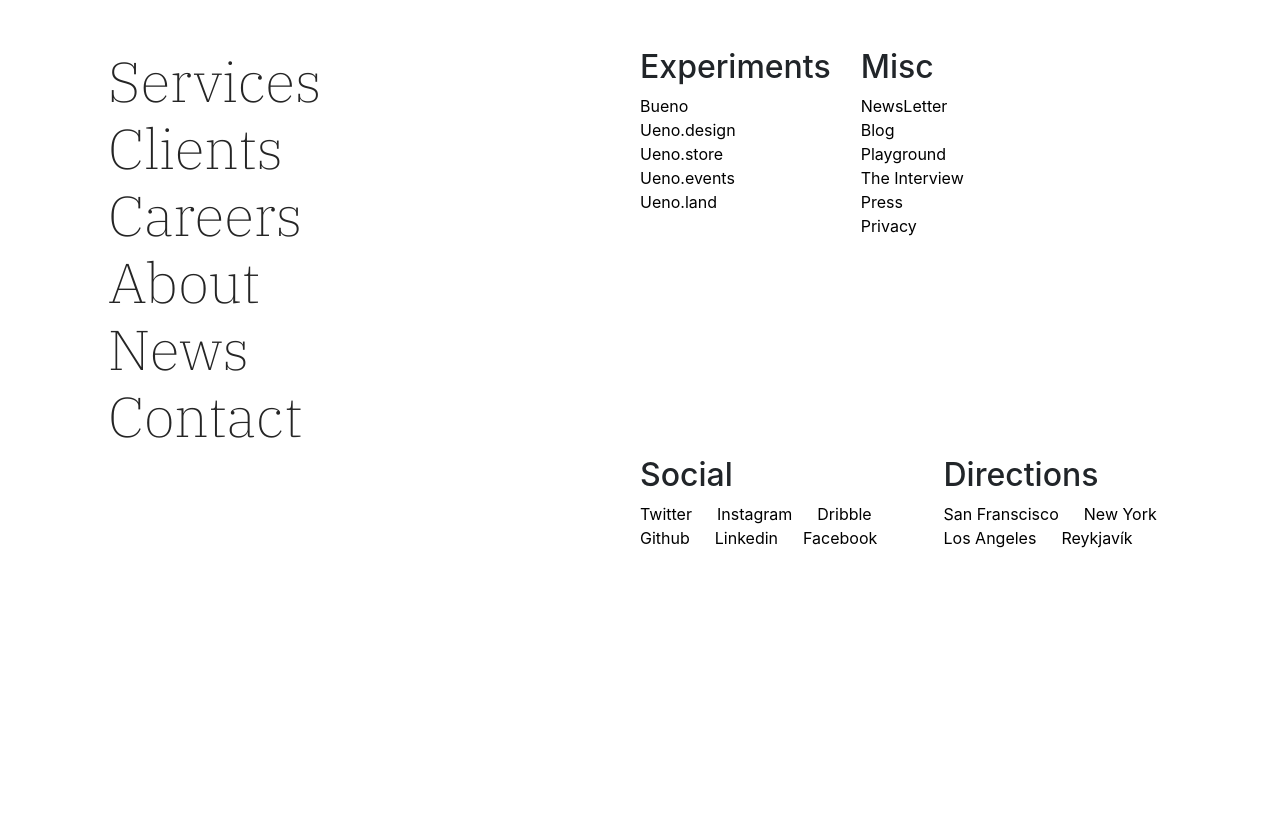
Repository: DeepaPrasanna/UenoClone
Page: /
The author's editor kept a copy of each file at every save. The page is drawn from the files as they stood at one save, then again after the next save.
The browser window is 1280 px wide. The pictures show the whole page.
The project was rebuilt for these pictures with package versions that can differ from the ones it lists, and the page was loaded fresh each time. Also part of the build but not shown: src/components/Layout/Header.js.

Above is the page before, as saved 2021-05-04 17:08:28.

### public/index.html
<!DOCTYPE html>
<html lang="en">
  <head>
    <meta charset="utf-8" />
    <link rel="icon" href="%PUBLIC_URL%/favicon.ico" />
    <meta name="viewport" content="width=device-width, initial-scale=1" />
    <meta name="theme-color" content="#000000" />
    <meta name="description" content="Web site created using create-react-app" />
    <link rel="apple-touch-icon" href="%PUBLIC_URL%/logo192.png" />
    <!--
      manifest.json provides metadata used when your web app is installed on a
      user's mobile device or desktop. See https://developers.google.com/web/fundamentals/web-app-manifest/
    -->
    <link rel="manifest" href="%PUBLIC_URL%/manifest.json" />
    <!-- Bootstrap -->
    <link
      rel="stylesheet"
      href="https://cdn.jsdelivr.net/npm/bootstrap@4.6.0/dist/css/bootstrap.min.css"
      integrity="sha384-B0vP5xmATw1+K9KRQjQERJvTumQW0nPEzvF6L/Z6nronJ3oUOFUFpCjEUQouq2+l"
      crossorigin="anonymous"
    />
    <!-- font awesome -->
    <link
      rel="stylesheet"
      href="https://cdnjs.cloudflare.com/ajax/libs/font-awesome/5.15.3/css/all.min.css"
      integrity="sha512-iBBXm8fW90+nuLcSKlbmrPcLa0OT92xO1BIsZ+ywDWZCvqsWgccV3gFoRBv0z+8dLJgyAHIhR35VZc2oM/gI1w=="
      crossorigin="anonymous"
    />
    <!--
      Notice the use of %PUBLIC_URL% in the tags above.
      It will be replaced with the URL of the `public` folder during the build.
      Only files inside the `public` folder can be referenced from the HTML.

      Unlike "/favicon.ico" or "favicon.ico", "%PUBLIC_URL%/favicon.ico" will
      work correctly both with client-side routing and a non-root public URL.
      Learn how to configure a non-root public URL by running `npm run build`.
    -->
    <title>React App</title>
  </head>
  <body>
    <noscript>You need to enable JavaScript to run this app.</noscript>
    <div id="root"></div>
    <!--
      This HTML file is a template.
      If you open it directly in the browser, you will see an empty page.

      You can add webfonts, meta tags, or analytics to this file.
      The build step will place the bundled scripts into the <body> tag.

      To begin the development, run `npm start` or `yarn start`.
      To create a production bundle, use `npm run build` or `yarn build`.
    -->
  </body>
</html>

### src/index.js
import React from "react";
import ReactDOM from "react-dom";
import "./index.css";
import App from "./App";
import reportWebVitals from "./reportWebVitals";
import "bootstrap/dist/css/bootstrap.min.css";

ReactDOM.render(<App />, document.getElementById("root"));

// If you want to start measuring performance in your app, pass a function
// to log results (for example: reportWebVitals(console.log))
// or send to an analytics endpoint. Learn more: https://bit.ly/CRA-vitals
reportWebVitals();

### src/index.css
@import url("https://fonts.googleapis.com/css2?family=IBM+Plex+Serif:wght@200&display=swap");

.contact-button {
  background-color: #cf3f74 !important;
}

.screen-first-column {
  font-size: 56px;
  line-height: 67px;
  font-family: "IBM Plex Serif";
  font-style: normal;
  font-weight: 200;
  src: url("https://fonts.gstatic.com/s/ibmplexserif/v9/jizAREVNn1dOx-zrZ2X3pZvkTi3Q-iI0q1s.woff2") format("woff2");
}
.screen-first-column-links {
  color: #252525;
  padding: 0px 60px !important;
}
.nav-link:hover {
  color: #252525;
}

.screen-second-column {
  display: flex;
  flex-wrap: wrap;
  align-items: stretch;
  justify-content: flex-start;
  margin-left: -15px;
  margin-right: -15px;
  flex-direction: row;
}

.screen-second-column-columns {
  flex: none;
  align-self: stretch;
  padding-left: 15px;
  padding-right: 15px;
  width: 100%;
  margin-bottom: 3em;
  width: 50%;
  max-width: 220px;
}
.screen-second-column-links {
  color: #000;
  padding: 0px 25px 0px 0px !important;
}

### src/App.js
import { Container } from "react-bootstrap";

import MainLayout from "./components/Layout/MainLayout";

function App() {
  return (
    <div className="App">
      <MainLayout />
    </div>
  );
}

export default App;

### src/components/Layout/MainLayout.js
import React from "react";

import Header from "./Header";
import Screen from "./Screen";

const MainLayout = () => {
  return (
    <div>
      {/* <Header /> */}
      <Screen />
    </div>
  );
};

export default MainLayout;

### src/components/Layout/Screen.js
import React from "react";

import { Container, Row, Col, Nav } from "react-bootstrap";

const Screen = () => {
  return (
    <Container fluid className="p-5">
      <Row className=" vh-100">
        <Col md={6} className=" screen-first-column">
          <Row>
            <Col>
              <Nav className="flex-column">
                <Nav.Link href="#" className="screen-first-column-links">
                  Services<span className=""></span>
                </Nav.Link>
                <Nav.Link href="#" className="screen-first-column-links">
                  Clients
                </Nav.Link>
                <Nav.Link href="#" className="screen-first-column-links">
                  Careers
                </Nav.Link>
              </Nav>
            </Col>
            <Col>
              <Nav className="flex-column">
                <Nav.Link href="#" className="screen-first-column-links">
                  About
                </Nav.Link>
                <Nav.Link href="#" className="screen-first-column-links">
                  News
                </Nav.Link>

                <Nav.Link href="#" className="screen-first-column-links">
                  Contact
                </Nav.Link>
              </Nav>
            </Col>
          </Row>
        </Col>
        <Col md={6} className="screen-second-column">
          <Row className="">
            <Col className="screen-second-column-columns">
              <h2>Experiments</h2>
              <Nav className="flex-column">
                <Nav.Link href="#" className="screen-second-column-links">
                  Bueno
                </Nav.Link>
                <Nav.Link href="#" className="screen-second-column-links">
                  Ueno.design
                </Nav.Link>
                <Nav.Link href="#" className="screen-second-column-links">
                  Ueno.store
                </Nav.Link>
                <Nav.Link href="#" className="screen-second-column-links">
                  Ueno.events
                </Nav.Link>
                <Nav.Link href="#" className="screen-second-column-links">
                  Ueno.land
                </Nav.Link>
              </Nav>
            </Col>
            <Col className="screen-second-column-columns">
              <h2>Misc</h2>
              <Nav className="flex-column">
                <Nav.Link href="#" className="screen-second-column-links">
                  NewsLetter
                </Nav.Link>
                <Nav.Link href="#" className="screen-second-column-links">
                  Blog
                </Nav.Link>
                <Nav.Link href="#" className="screen-second-column-links">
                  Playground
                </Nav.Link>
                <Nav.Link href="#" className="screen-second-column-links">
                  The Interview
                </Nav.Link>
                <Nav.Link href="#" className="screen-second-column-links">
                  Press
                </Nav.Link>
                <Nav.Link href="#" className="screen-second-column-links">
                  Privacy
                </Nav.Link>
              </Nav>
            </Col>
          </Row>
          <Row className="">
            <Col className="screen-second-column-columns">
              <h2>Social</h2>
              <Nav className="">
                <Nav.Link href="#" className="screen-second-column-links">
                  Twitter
                </Nav.Link>
                <Nav.Link href="#" className="screen-second-column-links">
                  Instagram
                </Nav.Link>
                <Nav.Link href="#" className="screen-second-column-links">
                  Dribble
                </Nav.Link>
                <Nav.Link href="#" className="screen-second-column-links">
                  Github
                </Nav.Link>
                <Nav.Link href="#" className="screen-second-column-links">
                  Linkedin
                </Nav.Link>
                <Nav.Link href="#" className="screen-second-column-links">
                  Facebook
                </Nav.Link>
              </Nav>
            </Col>
            <Col className="screen-second-column-columns">
              <h2>Directions</h2>
              <Nav className="">
                <Nav.Link href="#" className="screen-second-column-links">
                  San Franscisco
                </Nav.Link>
                <Nav.Link href="#" className="screen-second-column-links">
                  New York
                </Nav.Link>
                <Nav.Link href="#" className="screen-second-column-links">
                  Los Angeles
                </Nav.Link>
                <Nav.Link href="#" className="screen-second-column-links">
                  Reykjavík
                </Nav.Link>
              </Nav>
            </Col>
          </Row>
        </Col>
      </Row>
    </Container>
  );
};

export default Screen;

Loaded but not shown: src/reportWebVitals.js (common file)

After the next save:
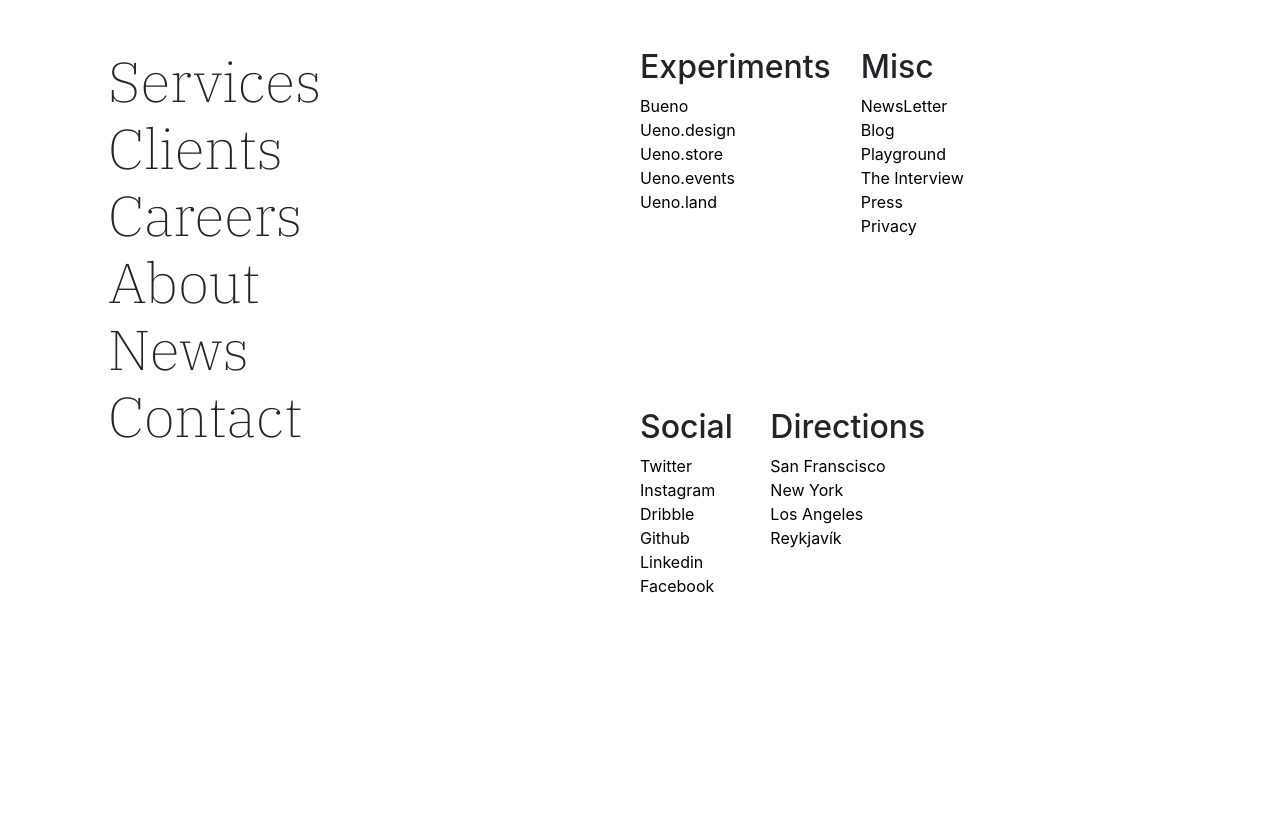
Saved 78 s later.
--- a/src/components/Layout/Screen.js
+++ b/src/components/Layout/Screen.js
@@ -86,7 +86,7 @@
           <Row className="">
             <Col className="screen-second-column-columns">
               <h2>Social</h2>
-              <Nav className="">
+              <Nav className="flex-column">
                 <Nav.Link href="#" className="screen-second-column-links">
                   Twitter
                 </Nav.Link>
@@ -109,7 +109,7 @@
             </Col>
             <Col className="screen-second-column-columns">
               <h2>Directions</h2>
-              <Nav className="">
+              <Nav className="flex-column">
                 <Nav.Link href="#" className="screen-second-column-links">
                   San Franscisco
                 </Nav.Link>
